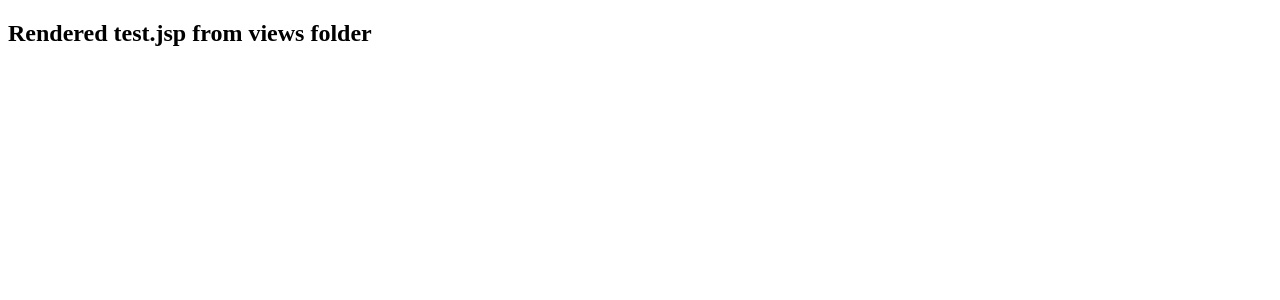
Repository: Farisy1998/java-spring
Page: http://localhost/springmvctest/test
An editor plug-in stored every save of this project. The page is shown before and after a run of saves, followed by the edit.
The browser window is 1280 px wide. The pictures show the whole page.
The page is served by Tomcat 9.

Above is the page before, as saved 2022-06-13 16:14:45.

After the next 5 saves:
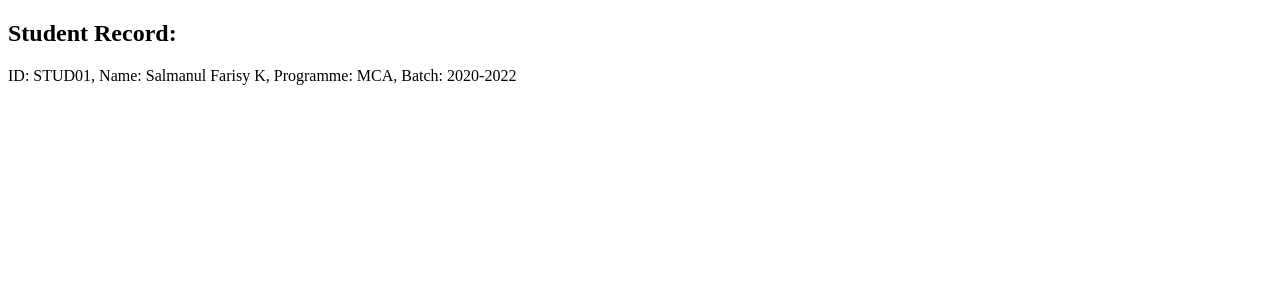
The 5 saves are shown as one change because 4 did not build or start.
The last was saved 6 min 20 s later.
--- a/springmvctest/src/main/webapp/WEB-INF/views/test.jsp
+++ b/springmvctest/src/main/webapp/WEB-INF/views/test.jsp
@@ -1,5 +1,5 @@
 <%@ page language="java" contentType="text/html; charset=ISO-8859-1"
-    pageEncoding="ISO-8859-1"%>
+	pageEncoding="ISO-8859-1"%>
 <!DOCTYPE html PUBLIC "-//W3C//DTD HTML 4.01 Transitional//EN" "http://www.w3.org/TR/html4/loose.dtd">
 <html>
 <head>
@@ -7,6 +7,13 @@
 <title>Insert title here</title>
 </head>
 <body>
-	<h2>Rendered test.jsp from views folder</h2>
+	<h2>Student Record:</h2>
+	<%
+		String id = (String) request.getAttribute("id");
+		String name = (String) request.getAttribute("name");
+		String programme = (String) request.getAttribute("programme");
+		String batch = (String) request.getAttribute("batch");
+		out.println("ID: "+id+", Name: "+name+", Programme: "+programme+", Batch: "+batch);
+	%>
 </body>
 </html>
--- a/springmvctest/src/main/java/com/spring/springmvctest/controller/TestController.java
+++ b/springmvctest/src/main/java/com/spring/springmvctest/controller/TestController.java
@@ -13,8 +13,8 @@ public class TestController {
 		modelandview.setViewName("test");
 		modelandview.addObject("id", "STUD01");
 		modelandview.addObject("name", "Salmanul Farisy K");
-		modelandview.addObject("Programme", "MCA");
-		modelandview.addObject("Batch", "2020-2022");
+		modelandview.addObject("programme", "MCA");
+		modelandview.addObject("batch", "2020-2022");
 		return modelandview;
 	}
 }
